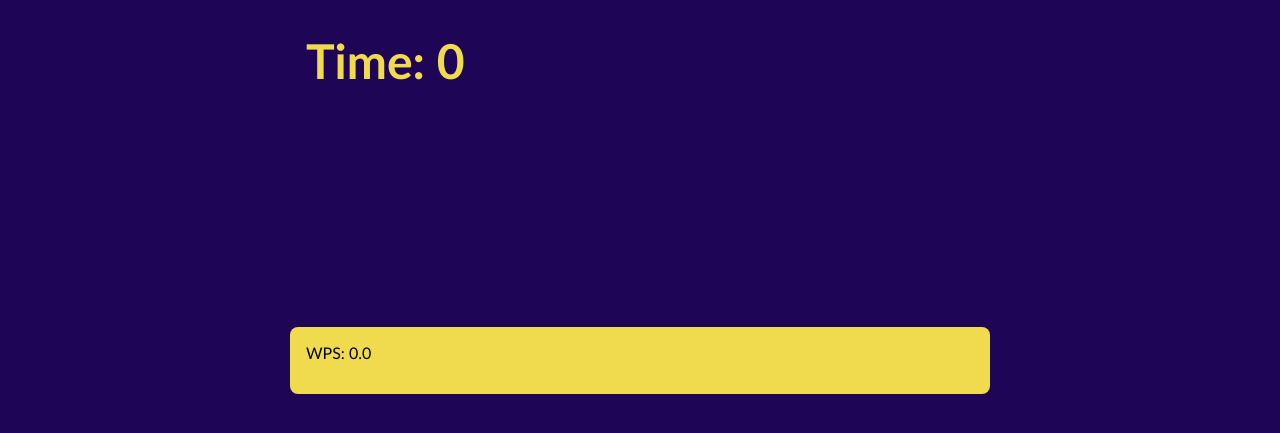
Repository: KhangNguyenIU/Vanilajs-TypingSpeed
Page: index.html
The author's editor kept a copy of each file at every save. The page is drawn from the files as they stood at one save, then again after the next save.
The browser window is 1280 px wide. The pictures show the whole page.
The page's requests for data from a server got no answer.

Above is the page before, as saved 2021-10-15 10:29:10.

After the next save:
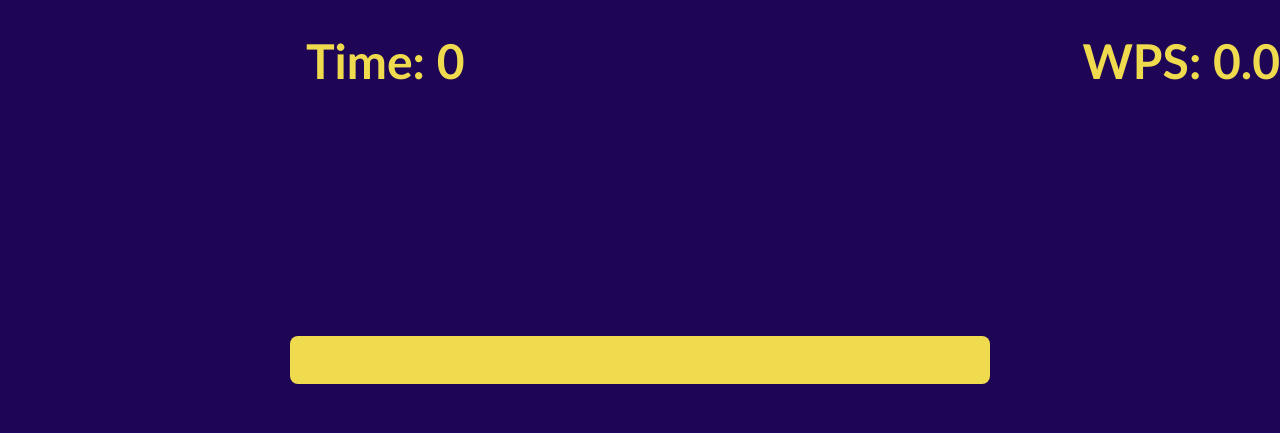
Saved 76 s later.
--- a/style.css
+++ b/style.css
@@ -31,6 +31,15 @@
     font-weight: bold;
   }
 
+  .word-speed {
+    position: absolute;
+    top: 2rem;
+    right: 0;
+    font-size: 3rem;
+    color: #F0DB4F;
+    font-weight: bold;
+  }
+
   .quote-display {
     margin-bottom: 1rem;
     margin-left: calc(1rem + 2px);
@@ -47,15 +56,6 @@
 
   }
 
-  /* .current-char::after{
-    position: absolute;
-    top: 35px;
-    left: 0;
-    content: "";
-    height: 2px;
-    width: inherit;
-    background-color: black;
-  } */
   .quote-input {
     background-color: transparent;
     border: 2px solid #A1922E;
